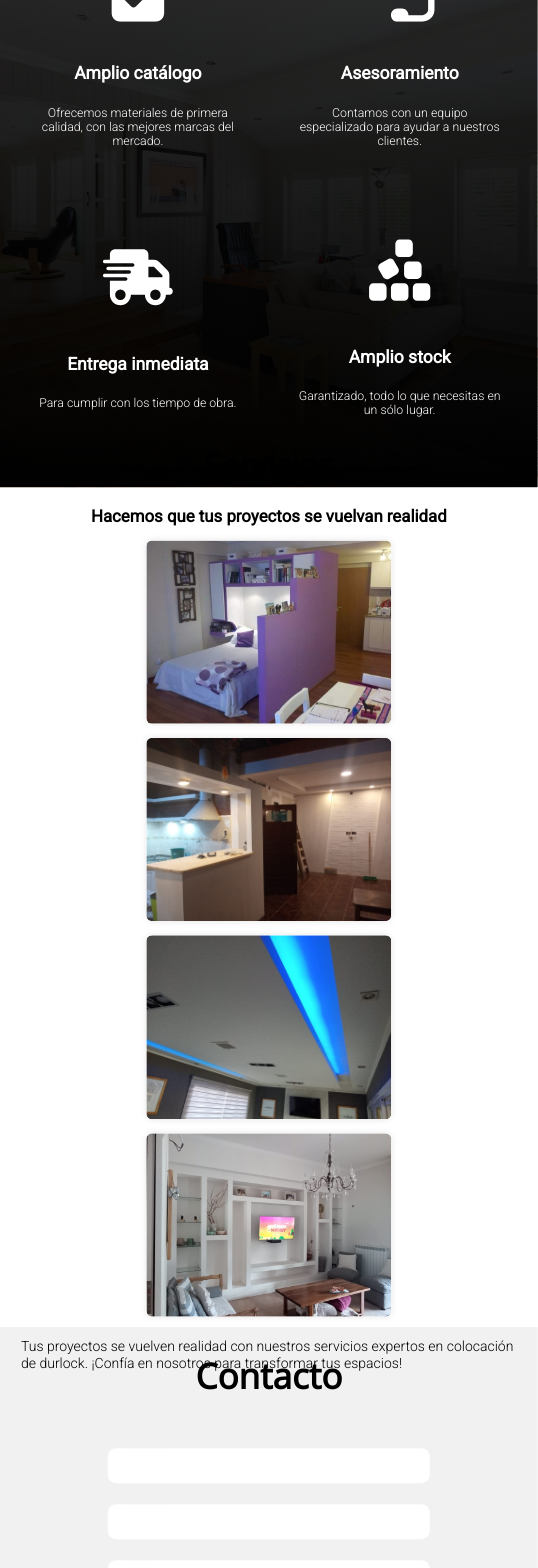
Repository: DamianBermudez94/Perfil-Plac
Page: /
These files come from the project's save history. The page is drawn as it stood at one moment and after the next save; the edit follows.
The browser window is 768 px wide. The pictures show the part of the page from y = 4260 to 6500 px (the page is 7406 px tall), at 70% of full size.
Backgrounds fixed to the window are drawn as part of the page. The project was rebuilt for these pictures with package versions that can differ from the ones it lists, and the page was loaded fresh each time. Also part of the build but not shown: vite.config.js, src/index.css.

Above is the page before, as saved 2024-02-20 18:42:38.

After the next save:
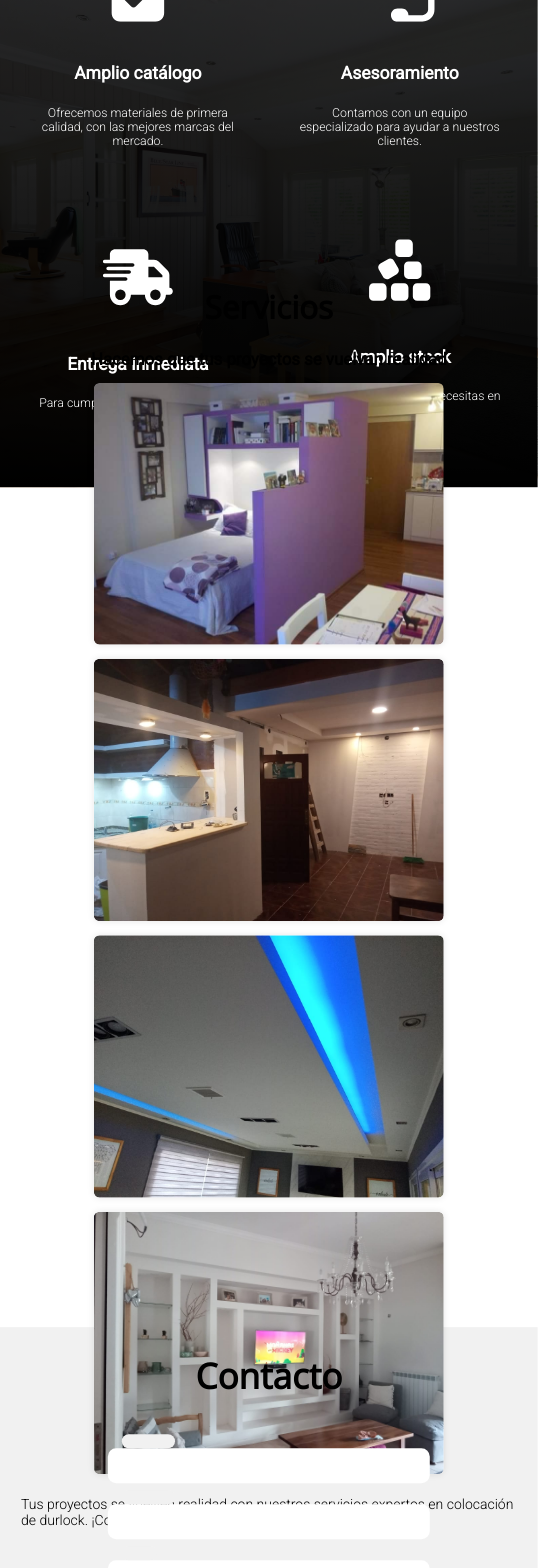
Saved 16 s later.
--- a/src/components/Servicios/styles.css
+++ b/src/components/Servicios/styles.css
@@ -44,7 +44,7 @@
   }
   .container-img img {
 
-    max-width: 350px;
+
 
   }
 }

After the 2 saves that followed:
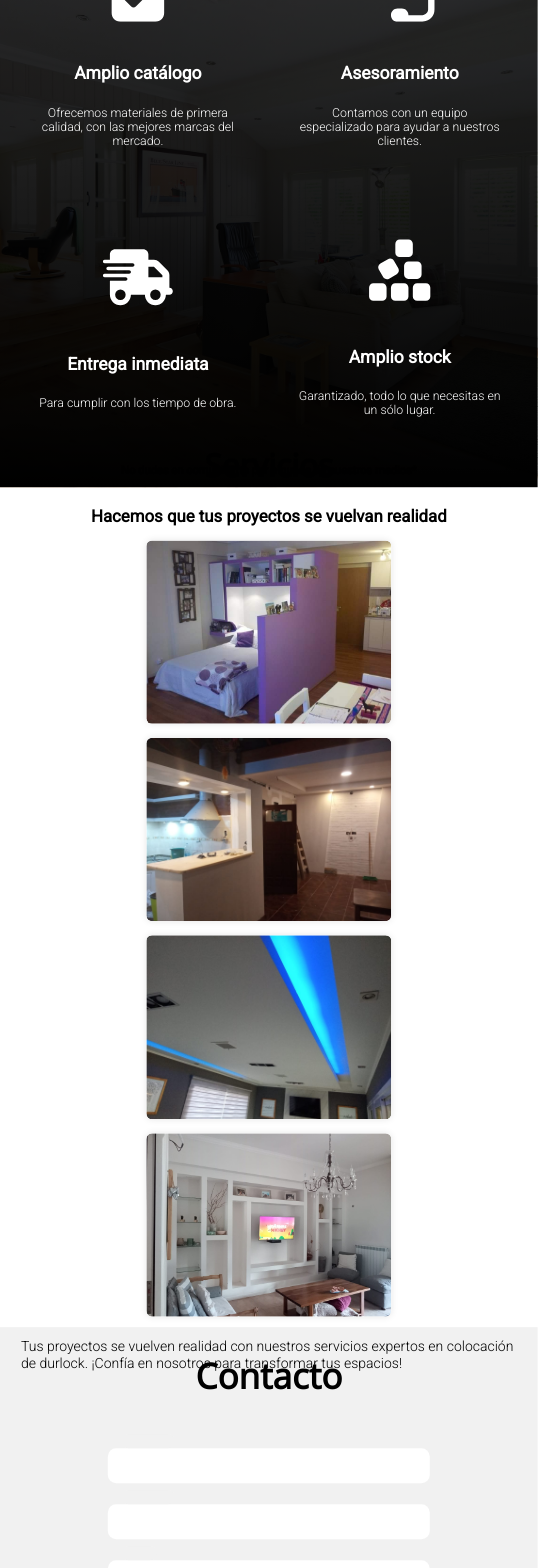
The 2 saves are shown as one change because they came seconds apart.
The last was saved 11 s later.
--- a/src/components/Servicios/styles.css
+++ b/src/components/Servicios/styles.css
@@ -26,25 +26,20 @@
   display: block;
   border-radius: 8px;
 }
-.servicios-description{
+.servicios-description {
   margin: 10px;
   padding: 20px;
   font-size: 20px;
 }
 
 @media (max-width: 960px) {
-
   .content-colocacion {
-
     grid-template-columns: repeat(1, 1fr);
-
   }
   .content-colocacion h2 {
     grid-column: span 1;
   }
   .container-img img {
-
-
-
+    max-width: 350px;
   }
 }
